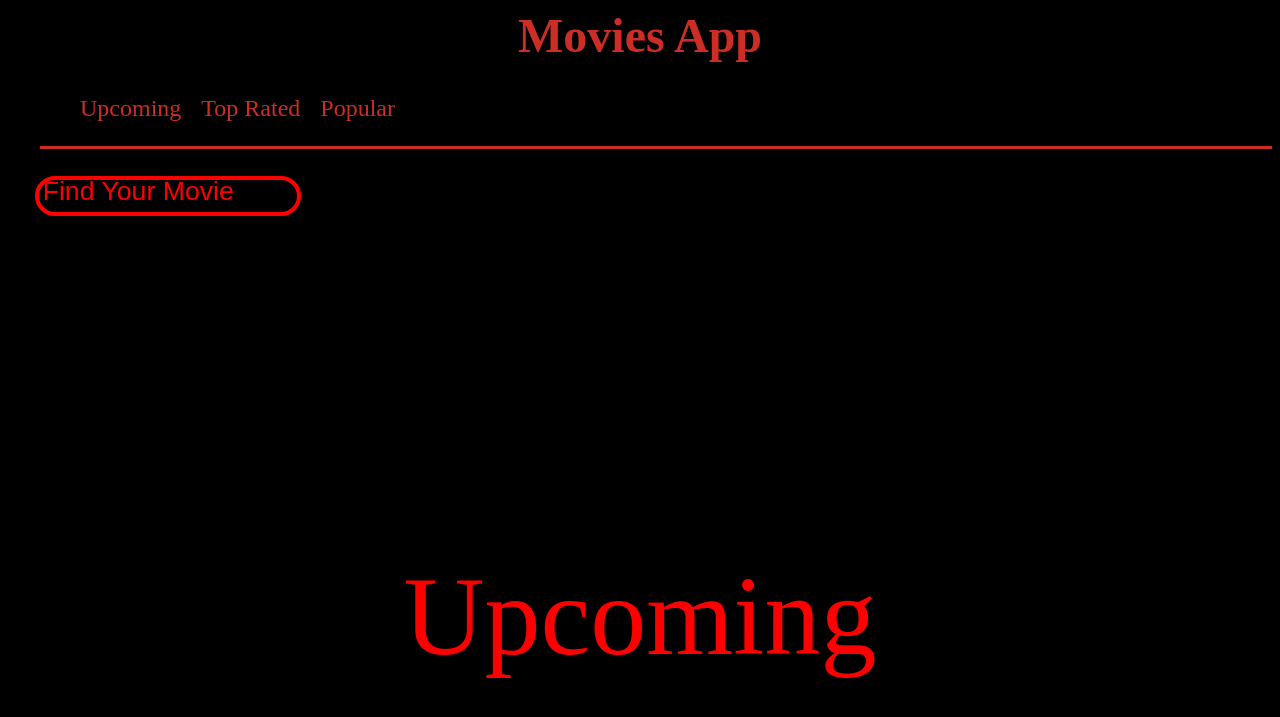
Repository: runner855/movie-app
Page: /
These files come from the project's save history. The page is drawn as it stood at one moment and after the next save; the edit follows.
The browser window is 1280 px wide. The pictures show the whole page.
The project was rebuilt for these pictures with package versions that can differ from the ones it lists, and the page was loaded fresh each time. Also part of the build but not shown: src/styles/TopRated.css, src/components/TopRated.tsx, src/styles/Popular.css, src/api/MoviesCall.tsx, src/components/Popular.tsx.

Above is the page before, as saved 2022-11-16 18:52:03.

### src/index.tsx
import React from "react";
import ReactDOM from "react-dom/client";
import { BrowserRouter } from "react-router-dom";
import "./styles/index.css";
import { App } from "./components/App";

const root = ReactDOM.createRoot(
  document.getElementById("root") as HTMLElement
);
root.render(
  <React.StrictMode>
    <BrowserRouter>
      <App />
    </BrowserRouter>
  </React.StrictMode>
);

### src/styles/index.css
body {
  background-color: #000000;
}

code {
  font-family: source-code-pro, Menlo, Monaco, Consolas, "Courier New",
    monospace;
}

### src/components/App.tsx
import React from "react";
import "../styles/App.css";
import { BrowserRouter as Router, Routes, Route, Link } from "react-router-dom";

import { NavBar } from "../components/NavBar";
import { TopRated } from "../components/TopRated";
import { Upcoming } from "./Upcoming";
import { Popular } from "./Popular";
import { MoviesFilter } from "./MoviesFilter";

export const App = () => {
  return (
    <div className="App">
      <div className="title">Movies App</div>

      <NavBar />
      <MoviesFilter />

      <Routes>
        <Route path="/" element={<Upcoming />} />

        <Route path="/top-rated" element={<TopRated />} />
        <Route path="/popular" element={<Popular />} />
      </Routes>
    </div>
  );
};

### src/styles/App.css
.title {
  color: #cc2e25;
  text-align: center;
  font-weight: bold;
  font-size: 3em;
}

### src/components/NavBar.tsx
import * as React from "react";
import "../styles/NavBar.css";
import { Link } from "react-router-dom";

export const NavBar = () => {
  return (
    <header className="navbar">
      <nav>
        <ul>
          <li>
            <Link className="item" to="/">
              Upcoming
            </Link>
          </li>
          <li>
            <Link className="item" to="/top-rated">
              Top Rated
            </Link>
          </li>
          <li>
            <Link className="item" to="/popular">
              Popular
            </Link>
          </li>
        </ul>
      </nav>
    </header>
  );
};

### src/components/Upcoming.tsx
import React from "react";
import "../styles/Upcoming.css";

export const Upcoming = () => {
  return <div className="upcoming_page">Upcoming</div>;
};

### src/components/MoviesFilter.tsx
import React, { useState } from "react";
import "../styles/MoviesFilter.css";

export const MoviesFilter = () => {
  const [input, setInput] = useState<string>("");
  return (
    <div className="movie_search">
      <input
        className="search-input"
        type="search"
        onChange={(e) => setInput(e.target.value)}
        value={input}
        placeholder={"Find Your Movie"}
      />
    </div>
  );
};

### src/styles/NavBar.css
ul {
  text-align: left;
  list-style: none;
  font-size: 1.5em;
  display: flex;
}
ul li {
  margin-right: 20px;
  color: #cc2e25;
}

a {
  text-decoration: none;
}

a,
a:visited,
a:hover,
a:active {
  color: inherit;
}

.navbar {
  margin: 2em 0em 0em 2em;
}
a:hover {
  border-bottom: solid 3px #cc2e25;
}

.logo {
  font-weight: bold;
  font-size: 1.3em;
}

.navbar {
  border-bottom: #cc2e25 solid 0.2em;
}

### src/styles/Upcoming.css
.upcoming_page {
  color: red;
  text-align: center;
  margin-top: 3em;
  font-size: 7em;
}

### src/styles/MoviesFilter.css
.movie_search input {
  text-align: left;
  margin: 2em 0em 0em 2em;
}

input {
  border: solid red 0.3em;
  border-radius: 2em;
  background-color: #0000;
  width: 20em;
  height: 3em;
}

input::placeholder {
  color: red;
  font-size: 2em;
  padding: 2px;
}

input,
select,
textarea {
  color: #ff0000;
}

input:focus {
  outline: none !important;
}

Loaded but not shown: public/index.html (common file)

After the next save:
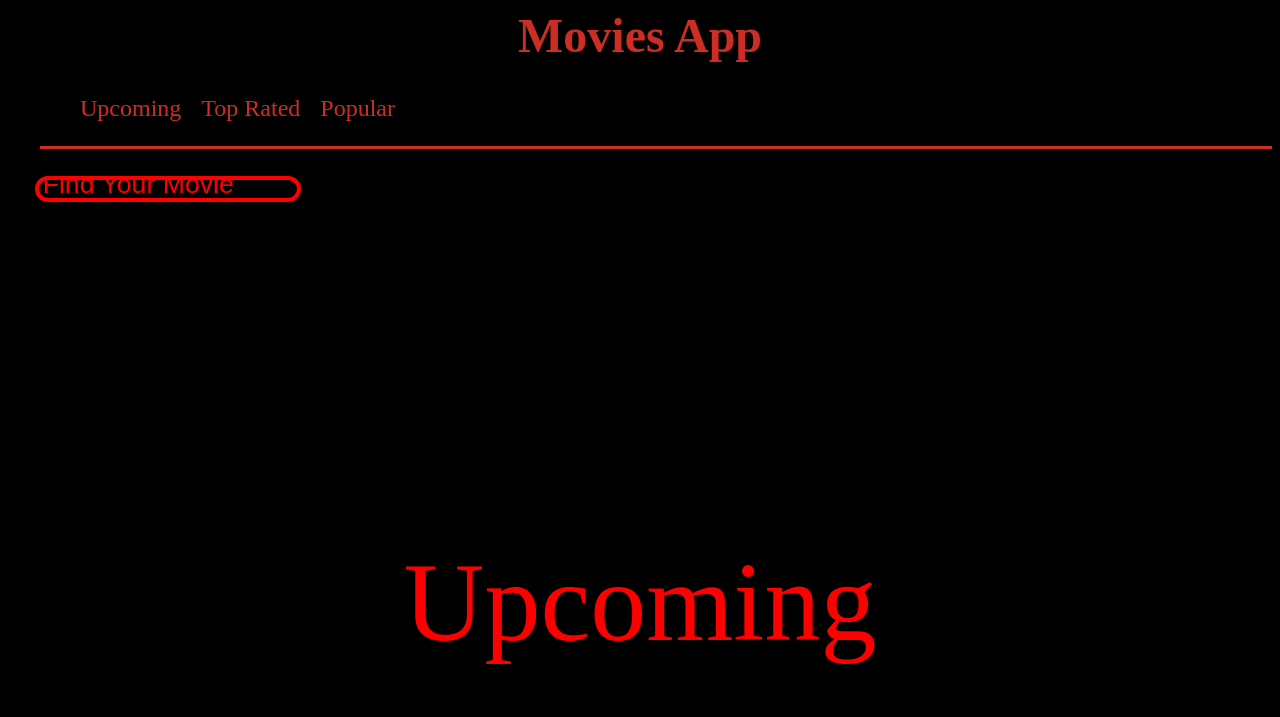
Saved 5 s later.
--- a/src/styles/MoviesFilter.css
+++ b/src/styles/MoviesFilter.css
@@ -8,7 +8,7 @@
   border-radius: 2em;
   background-color: #0000;
   width: 20em;
-  height: 3em;
+  height: 2em;
 }
 
 input::placeholder {
